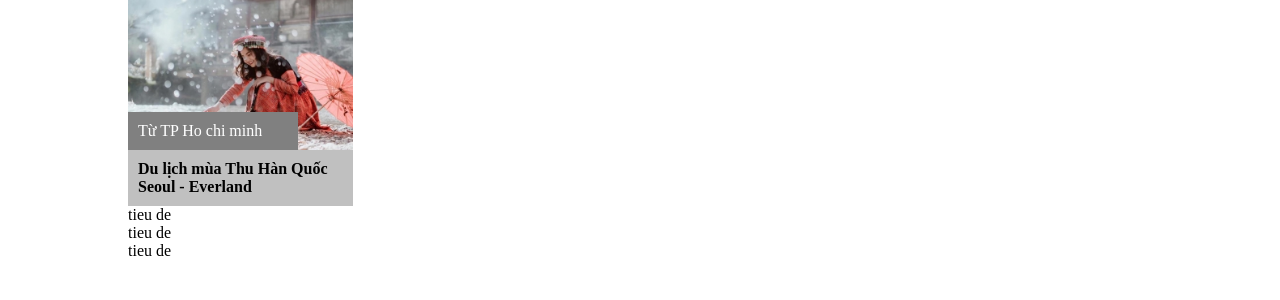
Repository: hoang71299/fe_26
Page: buoi 6/2.html
The author's editor kept a copy of each file at every save. The page is drawn from the files as they stood at one save, then again after the next save.
The browser window is 1280 px wide. The pictures show the whole page.

Above is the page before, as saved 2022-08-30 16:22:37.

After the next save:
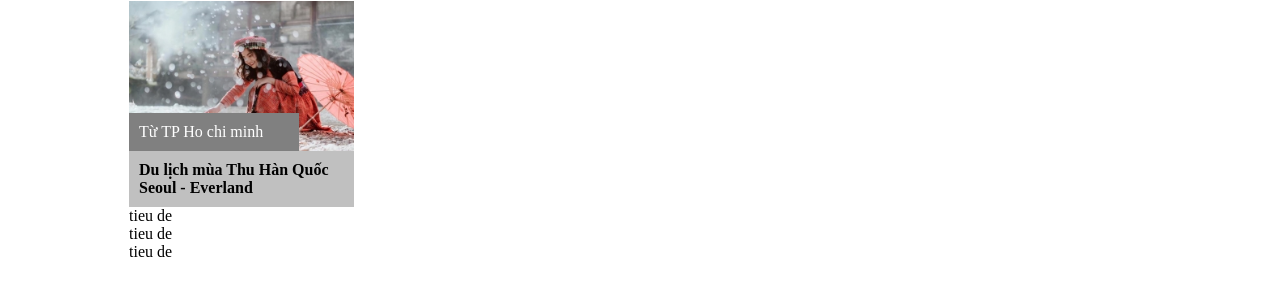
Saved 23 s later.
--- a/buoi 6/2.css
+++ b/buoi 6/2.css
@@ -15,7 +15,7 @@
 .box{
     width: 22%;
     height: auto;
-     /* border: 1px solid black; */
+    border:1px solid transparent;
 }
 .box:hover{
     border: 1px solid black;

After the 3 saves that followed:
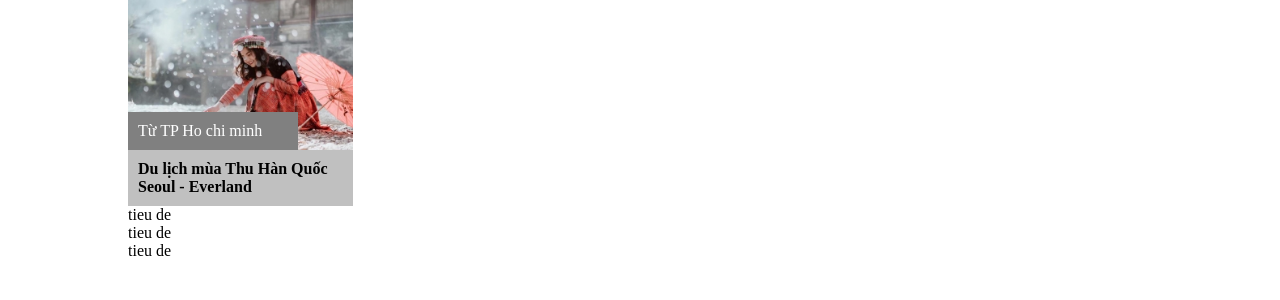
The 3 saves are shown as one change because 1 left the picture as it was and some came seconds apart.
The last was saved 99 s later.
--- a/buoi 6/2.css
+++ b/buoi 6/2.css
@@ -15,10 +15,6 @@
 .box{
     width: 22%;
     height: auto;
-    border:1px solid transparent;
-}
-.box:hover{
-    border: 1px solid black;
 }
 .top{
     width: 100%;
